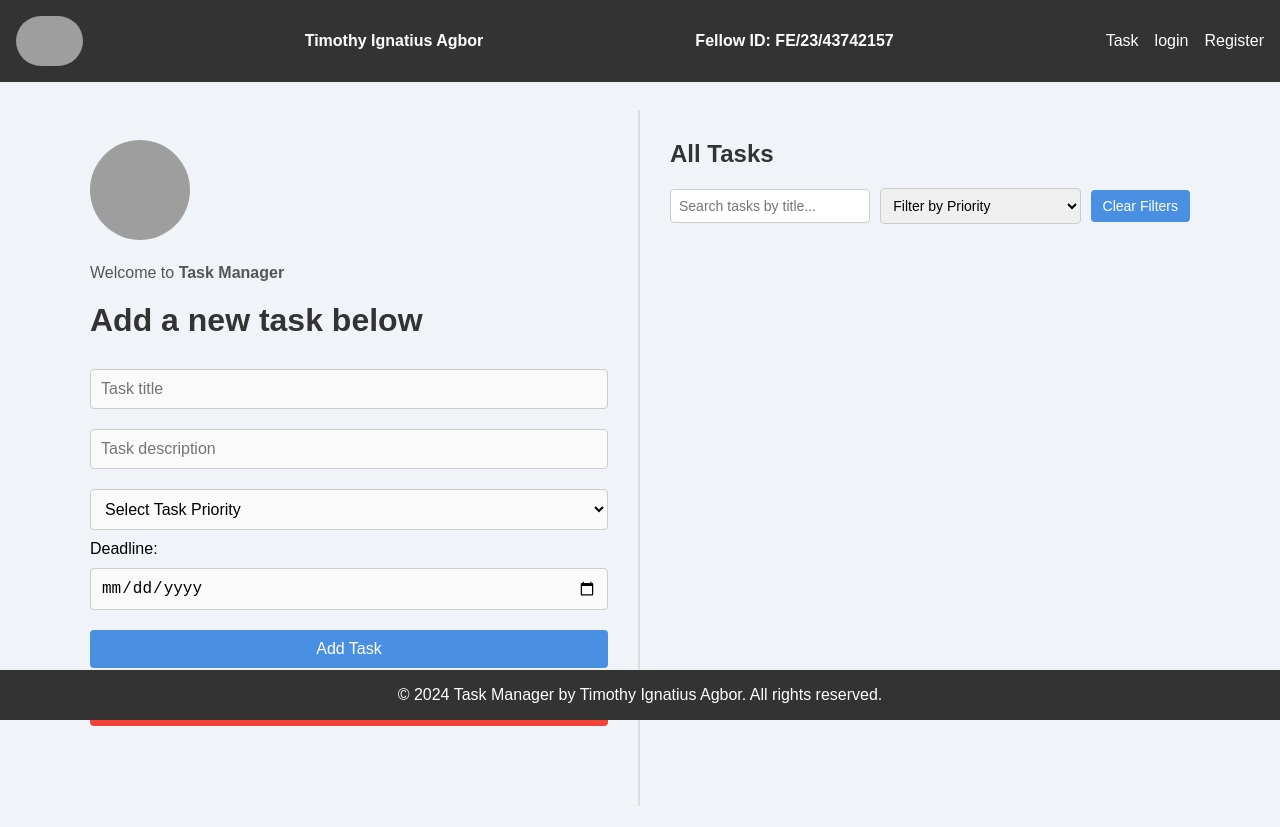
Repository: Evendors/TaskManager
Page: task.html
An editor plug-in stored every save of this project. The page is shown before and after the next save, followed by the edit.
The browser window is 1280 px wide. The pictures show the whole page.
Pictures or frames that could not be fetched are drawn as grey boxes. The page's requests for data from a server got no answer.

Above is the page before, as saved 2024-12-02 23:24:49.

### task.html
<!DOCTYPE html>
<html lang="en">
  <head>
    <meta charset="UTF-8" />
    <meta name="viewport" content="width=device-width, initial-scale=1.0" />
    <title>Task Manager</title>
    <link rel="stylesheet" href="./frontend/styles/styles.css" />
  </head>
  <body>
    <!-- Header -->
    <header>

      <nav>
        <img
        src="https://files.oaiusercontent.com/file-UxxSnF9NpUokPpkfsqMf13?se=2024-12-02T05%3A53%3A05Z&sp=r&sv=2024-08-04&sr=b&rscc=max-age%3D604800%2C%20immutable%2C%20private&rscd=attachment%3B%20filename%3Da1944776-25e7-4fdd-b29a-8cf1dd8a7fa9.webp&sig=zPngKC45S%2BM4ZQV9ybl6Nb6VX7rAXM9pelPhFyGMbuw%3D"
        alt="Task Manager Logo"
        style="height: 50px; width: auto; margin-right: 10px; border-radius: 25px;"
      />

        <h1>Timothy Ignatius Agbor</h1>
        <h1>Fellow ID: FE/23/43742157</h1>
        <ul>
          <li><a href="task.html">Task</a></li>
          <li><a href="login.html">login</a></li>
          <li><a href="index.html">Register</a></li>
        </ul>
      </nav>
    </header>

    <!-- Main Content -->
    <div class="container">
      <div class="left">
        <img
          style="height: 100px; width: 100px; border-radius: 50px"
          src="https://lh3.googleusercontent.com/a/ACg8ocK4ZTq-NP8qakNvmpa3VUDR7UgA2SCu1MhHvHXfKx0qfc4LE1V9=s288-c-no"
          alt="Timothy image"
        />
        <p>
          Welcome to   <strong>Task Manager</strong><br />
       <h1>   Add a new task below</h1>
        </p>
        <form id="taskForm">
          <input type="text" id="taskTitle" placeholder="Task title" />
          <input type="text" id="taskDesc" placeholder="Task description" />

          <select name="priority" id="priority">
            <option disabled selected>Select Task Priority</option>
            <option value="high">High</option>
            <option value="medium">Medium</option>
            <option value="low">Low</option>
          </select>

          <div>
            <label for="deadline">Deadline:</label>
            <input type="date" name="deadline" id="deadline" />
          </div>
          <button type="submit" id="add">Add Task</button>
        </form>

        <button class="logOut">Log Out</button>
      </div>
      <div class="right">
        <h2>All Tasks</h2>
<!-- Filtering and Searching -->
<div class="taskFilters">
  <input
    type="text"
    id="searchTasks"
    placeholder="Search tasks by title..."
  />
  <select id="filterPriority">
    <option value="" selected>Filter by Priority</option>
    <option value="high">High</option>
    <option value="medium">Medium</option>
    <option value="low">Low</option>
  </select>
  <button id="clearFilters">Clear Filters</button>
</div>

        <div class="allTasks">
          <!-- Task Added will show Here -->
        </div>
      </div>
    </div>

    <!-- Footer -->
    <footer>
      <p>&copy; 2024 Task Manager by Timothy Ignatius Agbor. All rights reserved.</p>
    </footer>

    <script src="./frontend/js/app.js"></script>
  </body>
</html>

### frontend/styles/styles.css
/* Reset default margin and padding */
* {
  margin: 0;
  padding: 0;
  box-sizing: border-box;
}

/* Body styling */
body {
  font-family: Arial, sans-serif;
  background-color: #f0f4f8;
  display: flex;
  justify-content: center;
  align-items: flex-start; /* Prevents footer overlap */
  min-height: 100vh;
  padding-top: 70px; /* Adjust for fixed header */
}

/* Header Styles */
header {
  background-color: #333;
  color: white;
  padding: 1rem;
  position: fixed;
  top: 0;
  width: 100%;
  z-index: 1000;
}

header nav {
  display: flex;
  justify-content: space-between;
  align-items: center;
}


header nav h1 {
  font-size: 1rem;
}

header nav ul {
  list-style: none;
  display: flex;
  gap: 1rem;
}

header nav ul li a {
  color: white;
  text-decoration: none;
  font-size: 1rem;
}

header nav ul li a:hover {
  text-decoration: underline;
  color: #336699;
border: 2px solid #ffffff;
border-radius: 5px;
padding: 2px;
}

/* Footer Styles */
footer {
  background-color: #333;
  color: white;
  text-align: center;
  padding: 1rem 0;
  position: fixed;
  bottom: 0;
  width: 100%;
  z-index: 1000;
}

/* Container styling */
.container {
  display: flex;
  flex-direction: row;
  justify-content: space-between;
  padding: 20px;
  max-width: 1200px;
  margin: auto;
  margin-top: 20px; /* To avoid header overlap */
}

/* Left Section */
.left {
  width: 50%;
  padding: 30px;
  border-right: 2px solid #ddd;
}

.left img {
  height: 100px;
  width: 100px;
  border-radius: 50px;
  margin-bottom: 20px;
}

.left h1 {
  margin-bottom: 10px;
  color: #333;
}

.left p {
  color: #555;
  font-size: 16px;
  margin-bottom: 20px;
}

.left form {
  margin-top: 20px;
}

.left input,
.left select {
  width: 100%;
  padding: 10px;
  margin: 10px 0;
  border: 1px solid #ccc;
  border-radius: 4px;
  background-color: #fafafa;
  font-size: 16px;
}

.left input:focus,
.left select:focus {
  border-color: #4a90e2;
  outline: none;
}

.left button {
  width: 100%;
  padding: 10px;
  background-color: #4a90e2;
  color: white;
  border: none;
  border-radius: 4px;
  font-size: 16px;
  cursor: pointer;
  margin-top: 10px;
}

.left button:hover {
  background-color: #357ab7;
}

.left button:active {
  background-color: #336699;
}

.left .logOut {
  width: 100%;
  padding: 10px;
  background-color: #f44336;
  color: white;
  border: none;
  border-radius: 4px;
  font-size: 16px;
  cursor: pointer;
  margin-top: 20px;
  margin-bottom: 50px;
}

.left .logOut:hover {
  background-color: #d32f2f;
}

.left .logOut:active {
  background-color: #b71c1c;
}

/* Right Section */
.right {
  width: 50%;
  padding: 30px;
}

.right h2 {
  color: #333;
  margin-bottom: 20px;
}

.allTasks {
  margin-top: 20px;
}

.task {
  background-color: #ffffff; /* Changed from #f9f9f9 to white */
  padding: 20px;
  margin: 10px 0;
  border-radius: 6px;
  font-size: 28px;
  box-shadow: 0 2px 10px rgba(0, 0, 0, 0.12); /* Stronger shadow for better contrast */
  color: #000; /* Ensure text is dark enough for readability */
}

.task h3 {
  margin-bottom: 10px;
}

.details p {
  margin: 5px 0;
}

/* Task Control Buttons */
.control span {
  margin-right: 10px;
  cursor: pointer;
  color: #4a90e2;
}

.control span:hover {
  text-decoration: underline;
}

.control {
  margin-top: 10px;
}

/* Edit and Delete buttons */
.task .edit,
.task .delete {
  color: #ffffff;
  font-weight: bold;
  cursor: pointer;
  margin-right: 10px;
}

.task .edit:hover,
.task .delete:hover {
  color: white;
  background-color: #ed7117; /* Orange color on hover */
  border-radius: 4px;
  padding: 3px;
}

.task .edit,
.task .delete {
  font-size: 14px;
  padding: 2px;
}
/* filter and search tasks */
/* Task Filters */
.taskFilters {
  display: flex;
  gap: 10px;
  margin-bottom: 20px;
  align-items: center;
}

.taskFilters input[type="text"],
.taskFilters select {
  padding: 8px;
  font-size: 14px;
  border: 1px solid #ccc;
  border-radius: 4px;
  flex: 1;
}

.taskFilters button {
  padding: 8px 12px;
  font-size: 14px;
  background-color: #4a90e2;
  color: white;
  border: none;
  border-radius: 4px;
  cursor: pointer;
}

.taskFilters button:hover {
  background-color: #357ab7;
}

### frontend/js/app.js
const colors = [
  "#893101",
  "#ed7117",
  "#d16002",
  "#cc5801",
  "#b56727",
  "#d67229",
];

const title = document.getElementById("taskTitle");
const desc = document.getElementById("taskDesc");
const priority = document.getElementById("priority");
const deadline = document.getElementById("deadline");
const add = document.getElementById("add");
const allTasks = document.querySelector(".allTasks");

// Elements for filtering and searching
const searchInput = document.getElementById("searchTasks");
const filterPriority = document.getElementById("filterPriority");
const clearFilters = document.getElementById("clearFilters");

let tasksFromServer = [];

// Function to render tasks
function renderTasks(tasks) {
  allTasks.innerHTML = ""; // Clear current tasks
  tasks.forEach((task) => {
    const taskItem = document.createElement("div");
    taskItem.classList.add("task");
    taskItem.style.backgroundColor =
      colors[Math.floor(Math.random() * colors.length)];
    taskItem.setAttribute("data-id", task._id); // Add unique identifier (assumes _id is the identifier)
    taskItem.innerHTML = `
      <h3>${task.title}</h3>
      <p>${task.description}</p>
      <div>
        <p>Priority: ${task.priority}</p>
        <p>Deadline: ${new Date(task.deadline).toLocaleDateString()}</p>
      </div>
      <div>
        <span class="edit">Edit</span>
        <span class="delete">Delete</span>
      </div>
    `;

    // Add event listeners for edit and delete buttons
    taskItem
      .querySelector(".edit")
      .addEventListener("click", () => editTask(task._id));
    taskItem
      .querySelector(".delete")
      .addEventListener("click", () => deleteTask(task._id));

    allTasks.appendChild(taskItem);
  });
}

// Fetch tasks from the server
function fetchTasks() {
  fetch("http://localhost:3000/api/tasks/get-tasks", {
    method: "GET",
    headers: {
      "Content-Type": "application/json",
    },
    credentials: "include",
  })
    .then((response) => {
      if (!response.ok) {
        throw new Error("Failed to fetch tasks");
      }
      return response.json();
    })
    .then((data) => {
      tasksFromServer = data; // Store fetched tasks
      renderTasks(tasksFromServer); // Render all tasks initially
    })
    .catch((error) => {
      console.error("Error:", error);
      alert("There was an error fetching tasks.");
    });
}

// Add a new task
add.addEventListener("click", (e) => {
  e.preventDefault();

  if (
    title.value === "" ||
    desc.value === "" ||
    priority.value === "" ||
    deadline.value === ""
  ) {
    alert("All fields are required");
    return;
  }

  const taskData = {
    title: title.value,
    description: desc.value,
    priority: priority.value,
    deadline: new Date(deadline.value),
  };

  fetch("http://localhost:3000/api/tasks/create", {
    method: "POST",
    headers: {
      "Content-Type": "application/json",
    },
    body: JSON.stringify(taskData),
    credentials: "include",
  })
    .then((response) => {
      if (!response.ok) {
        throw new Error("Failed to create task");
      }
      return response.json();
    })
    .then((data) => {
      console.log("Task created:", data);
      alert("Task created successfully");
      title.value = "";
      desc.value = "";
      priority.value = "";
      deadline.value = "";
      fetchTasks(); // Refresh task list
    })
    .catch((error) => {
      console.error("Error:", error);
      alert("There was an error creating the task.");
    });
});

// Edit a task
function editTask(taskId) {
  const taskToEdit = tasksFromServer.find((task) => task._id === taskId);

  // Pre-populate input fields with current task data
  title.value = taskToEdit.title;
  desc.value = taskToEdit.description;
  priority.value = taskToEdit.priority;
  deadline.value = new Date(taskToEdit.deadline).toISOString().split("T")[0];

  // Update task on form submission
  add.removeEventListener("click", createTask); // Ensure no duplicate listeners
  add.addEventListener("click", (e) => {
    e.preventDefault();

    if (
      title.value === "" ||
      desc.value === "" ||
      priority.value === "" ||
      deadline.value === ""
    ) {
      alert("All fields are required");
      return;
    }

    const updatedTaskData = {
      title: title.value,
      description: desc.value,
      priority: priority.value,
      deadline: new Date(deadline.value),
    };

    fetch(`http://localhost:3000/api/tasks/update/${taskId}`, {
      method: "PUT",
      headers: {
        "Content-Type": "application/json",
      },
      body: JSON.stringify(updatedTaskData),
      credentials: "include",
    })
      .then((response) => {
        if (!response.ok) {
          throw new Error("Failed to update task");
        }
        return response.json();
      })
      .then((data) => {
        console.log("Task updated:", data);
        alert("Task updated successfully");
        title.value = "";
        desc.value = "";
        priority.value = "";
        deadline.value = "";
        fetchTasks(); // Refresh task list
      })
      .catch((error) => {
        console.error("Error:", error);
        alert("There was an error updating the task.");
      });
  });
}
// Handle logout
const logOutButton = document.querySelector(".logOut");

logOutButton.addEventListener("click", () => {
  // Make a request to the server to log the user out
  fetch("http://localhost:3000/api/auth/logout", {
    method: "POST", // Assuming your API expects a POST request for logout
    headers: {
      "Content-Type": "application/json",
    },
    credentials: "include", // Include cookies if using session-based authentication
  })
    .then((response) => {
      if (!response.ok) {
        throw new Error("Logout failed");
      }
      return response.json();
    })
    .then((data) => {
      console.log("Logout successful", data);
      // Redirect to login page after successful logout
      window.location.href = "login.html";
    })
    .catch((error) => {
      console.error("Error:", error);
      alert("There was an error logging out.");
    });
});

// Delete a task
function deleteTask(taskId) {
  const confirmation = confirm("Are you sure you want to delete this task?");
  if (confirmation) {
    fetch(`http://localhost:3000/api/tasks/delete/${taskId}`, {
      method: "DELETE",
      headers: {
        "Content-Type": "application/json",
      },
      credentials: "include",
    })
      .then((response) => {
        if (!response.ok) {
          throw new Error("Failed to delete task");
        }
        return response.json();
      })
      .then((data) => {
        console.log("Task deleted:", data);
        alert("Task deleted successfully");
        fetchTasks(); // Refresh task list
      })
      .catch((error) => {
        console.error("Error:", error);
        alert("There was an error deleting the task.");
      });
  }
}

// Search tasks by title
searchInput.addEventListener("input", () => {
  const searchQuery = searchInput.value.toLowerCase();
  const filteredTasks = tasksFromServer.filter((task) =>
    task.title.toLowerCase().includes(searchQuery)
  );
  renderTasks(filteredTasks);
});

// Filter tasks by priority
filterPriority.addEventListener("change", () => {
  const priority = filterPriority.value;
  const filteredTasks = priority
    ? tasksFromServer.filter((task) => task.priority === priority)
    : tasksFromServer;
  renderTasks(filteredTasks);
});

// Clear filters and show all tasks
clearFilters.addEventListener("click", () => {
  searchInput.value = "";
  filterPriority.value = "";
  renderTasks(tasksFromServer);
});

// Fetch and render tasks when page loads
window.addEventListener("load", fetchTasks);

After the next save:
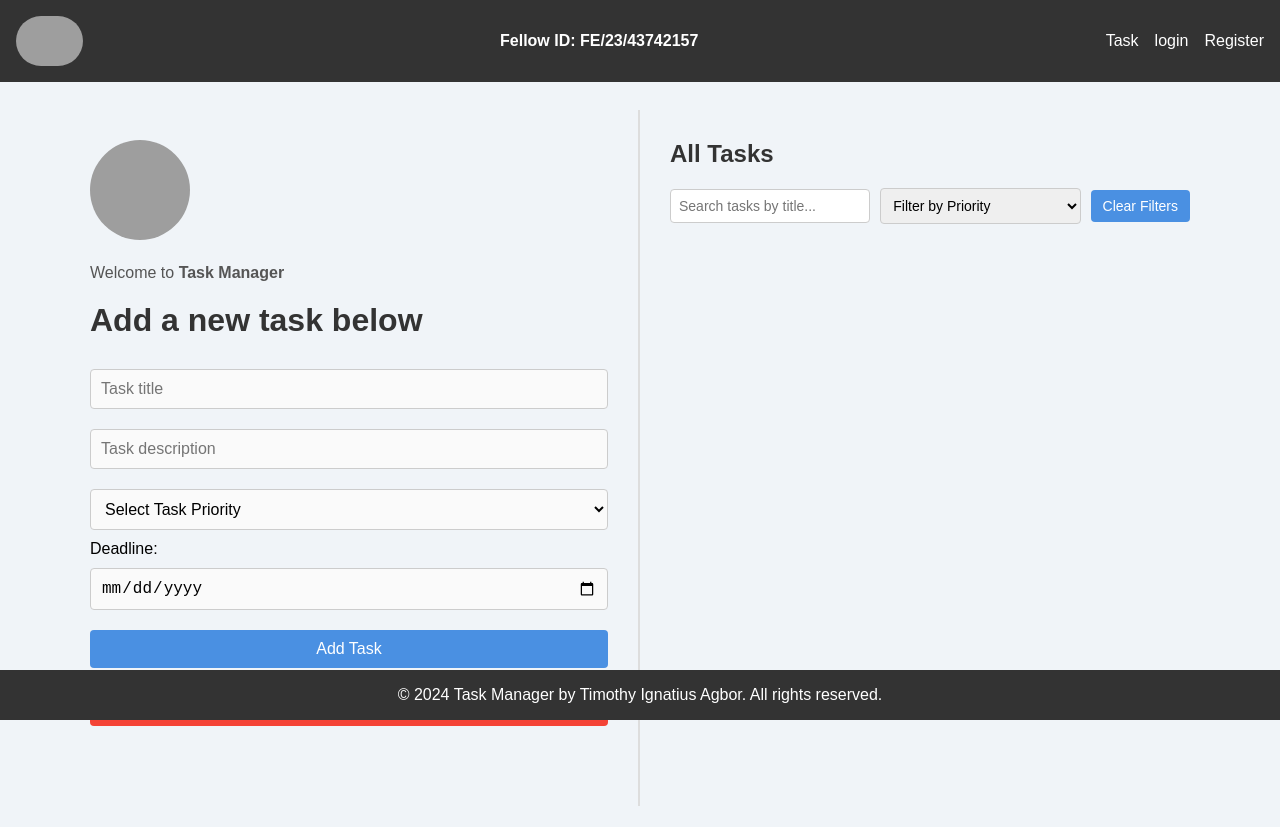
Saved 30 h 3 min later.
--- a/task.html
+++ b/task.html
@@ -17,7 +17,7 @@
         style="height: 50px; width: auto; margin-right: 10px; border-radius: 25px;"
       />
 
-        <h1>Timothy Ignatius Agbor</h1>
+
         <h1>Fellow ID: FE/23/43742157</h1>
         <ul>
           <li><a href="task.html">Task</a></li>
